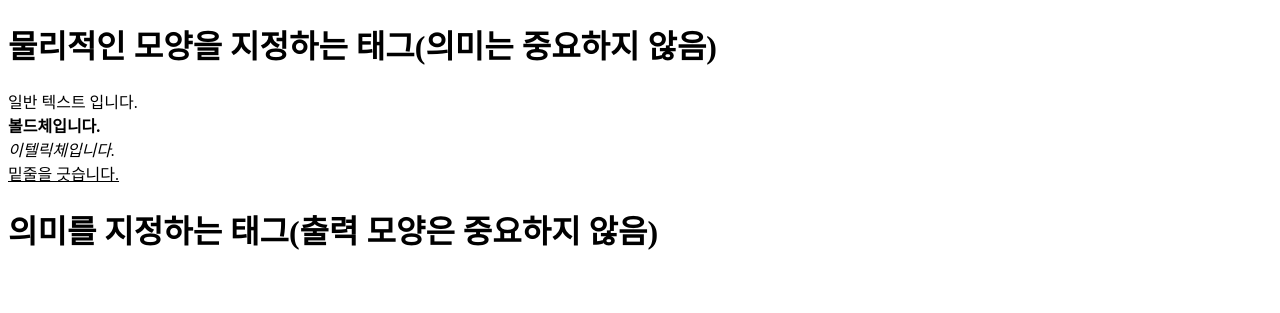
Repository: Chun0903/classStudy_github.io
Page: client/ClientTest/WebContent/ex09_style.html
The author's editor kept a copy of each file at every save. The page is drawn from the files as they stood at one save, then again after the next save.
The browser window is 1280 px wide. The pictures show the whole page.

Above is the page before, as saved 2020-06-19 00:43:01.

After the next save:
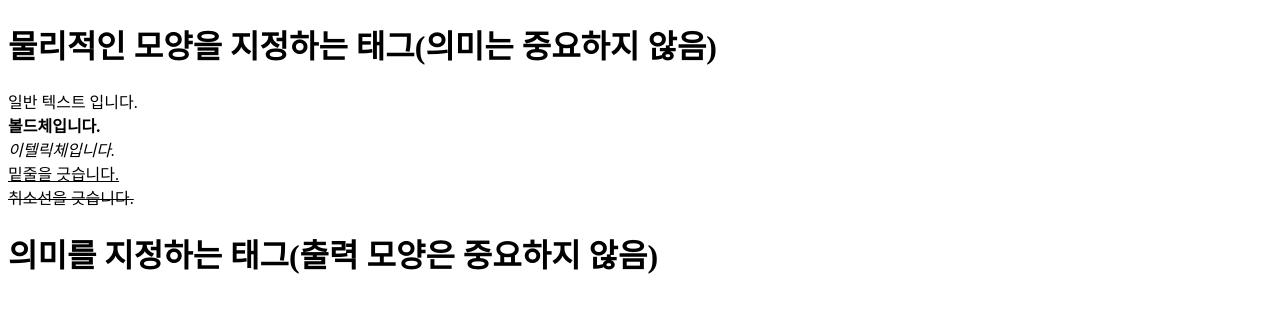
Saved 43 s later.
--- a/client/ClientTest/WebContent/ex09_style.html
+++ b/client/ClientTest/WebContent/ex09_style.html
@@ -14,6 +14,7 @@
 	<b>볼드체입니다.</b><br> <!-- bold -->
 	<i>이텔릭체입니다.</i><br> <!-- italic -->
 	<u>밑줄을 긋습니다.</u><br> <!-- underline -->
+	<strike>취소선을 긋습니다.</strike><br>
 
 	<h1>의미를 지정하는 태그(출력 모양은 중요하지 않음)</h1>
 
